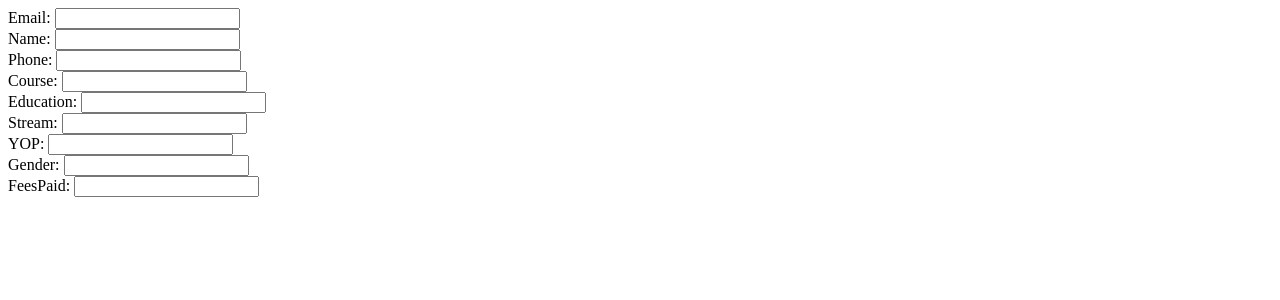
Repository: adityanathe2002/J2EE
Page: http://localhost/registration_app/Register.jsp
The author's editor kept a copy of each file at every save. The page is drawn from the files as they stood at one save, then again after the next save.
The browser window is 1280 px wide. The pictures show the whole page.
The page is served by Tomcat 9. Other server files are loaded and not shown.

Above is the page before, as saved 2024-08-31 02:46:03.

### jdbc/registration_app/src/main/webapp/Register.jsp
<%@ page language="java" contentType="text/html; charset=UTF-8"
	pageEncoding="UTF-8"%>
<!DOCTYPE html>
<html>
<head>
<meta charset="UTF-8">
<title>Insert title here</title>
</head>
<body>

	<form action="">
		Email: <input type="email" name="m"><br>
		Name: <input type="text" name="n"><br>
		Phone: <input type="telephone" name="p"><br>
		Course: <input type="text" name="c"><br>
		Education: <input type="text" name="e"><br>
		Stream: <input type="text" name="s"><br>
		YOP: <input type="email" name="y"><br>
		Gender: <input type="text" name="g"><br>
		FeesPaid: <input type="text" name="fp"><br>


	</form>
</body>
</html>

After the next save:
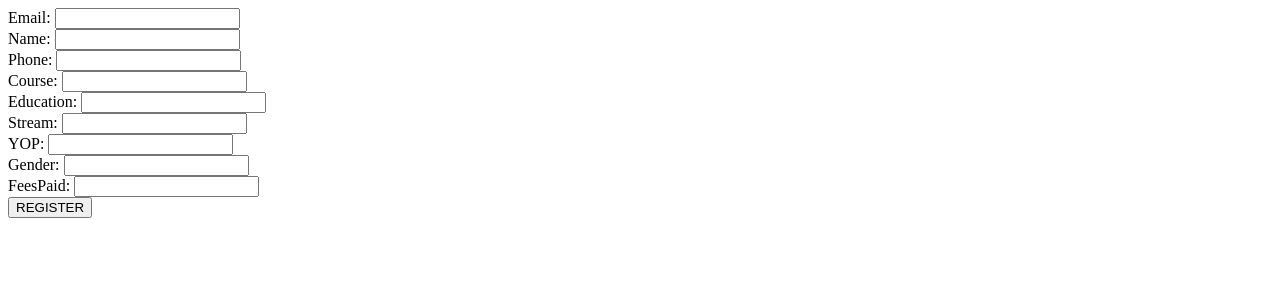
Saved 62 s later.
--- a/jdbc/registration_app/src/main/webapp/Register.jsp
+++ b/jdbc/registration_app/src/main/webapp/Register.jsp
@@ -8,7 +8,7 @@
 </head>
 <body>
 
-	<form action="">
+	<form action="reg">
 		Email: <input type="email" name="m"><br>
 		Name: <input type="text" name="n"><br>
 		Phone: <input type="telephone" name="p"><br>
@@ -18,6 +18,7 @@
 		YOP: <input type="email" name="y"><br>
 		Gender: <input type="text" name="g"><br>
 		FeesPaid: <input type="text" name="fp"><br>
+		<input type="submit" value="REGISTER">
 
 
 	</form>
